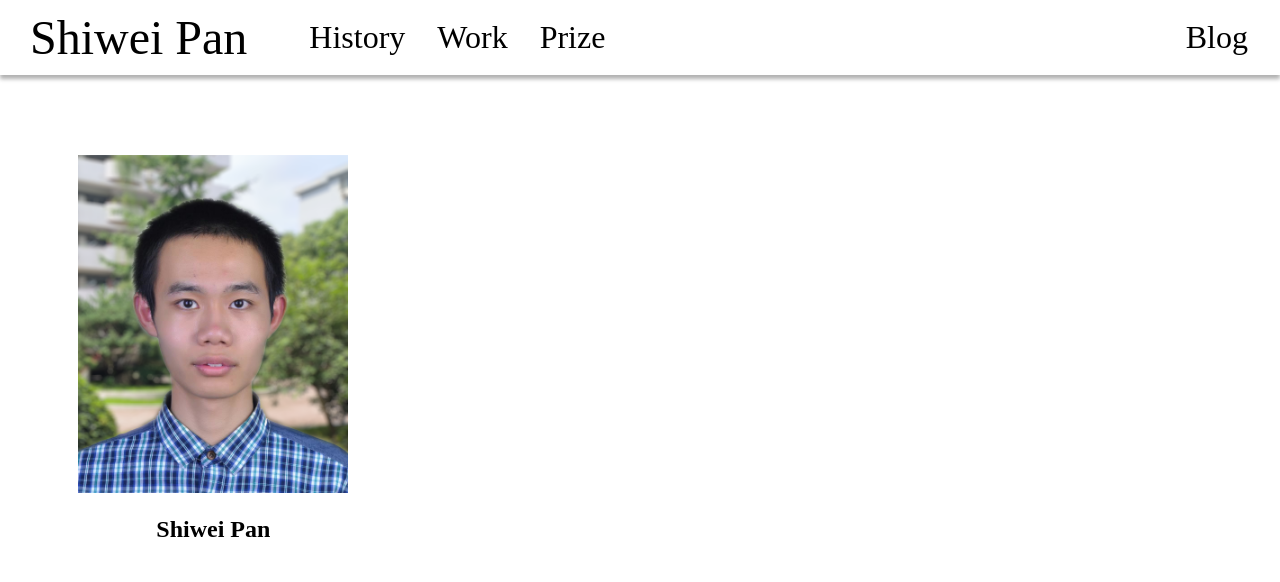
Repository: erikpsw/web
Page: new/psw.html
These files come from the project's save history. The page is drawn as it stood at one moment and after the next save; the edit follows.
The browser window is 1280 px wide. The pictures show the whole page.
Some web fonts or font styles are not loaded; a fallback is used.

Above is the page before, as saved 2022-06-16 22:10:56.

### new/psw.html
<!DOCTYPE html>
<html>
<head>
<meta charset="utf-8">
<title>Shiwei Pan</title>
<link rel="stylesheet" type="text/css" href="styles.css">
</head>
<body class="body">
<nav id="start_box">
    <a class="nav" id="title" href="">Shiwei Pan</a>
    <a class="nav" href="" >History</a>
    <a class="nav" href="">Work</a>
    <a class="nav" href="">Prize</a>
    <a class="nav" id="myblog" target="_blank" href="https://erikpsw.github.io/">Blog</a>
</nav>
<section>
    <div id="profile">
        <img src="\pic\mine.png" id="mine">
        <h2 id="intro">Shiwei Pan</h2>
    </div>
</section>
</body>
</html>

### new/styles.css
@font-face{
    font-family: montserrat;
    src: url("\font\Montserrat-Regular.ttf");
}


#start_box
{
    background-color: whit;
    display:flex;
    box-shadow: 0 0.25rem 0.25rem 0 rgb(0 0 0 / 31%);
}

#title{
    text-decoration: none;
    font-family:"Times New Roman",Georgia,Serif;
    font-style:inherit;
    padding:10px 30px 10px;
    color:black;
    font-size: 3em;
}

.nav{
    text-decoration: none;
    font-family:"Times New Roman",Georgia,Serif;
    padding-left:1em;
    color:black;
    display: inline-flex;
    align-items: center;
    font-size: 2em;
}

.body{
    margin: 0%;
}

#myblog{
    margin-left: auto;
    padding-right: 1em;
}

#mine{
    width: 270px;
    height: 337.5px;
}

#profile{
    text-align: center;
    margin-top: 5em;
    max-width: 33.333%;
}

#intro{
    font-family: montserrat;
}

After the next save:
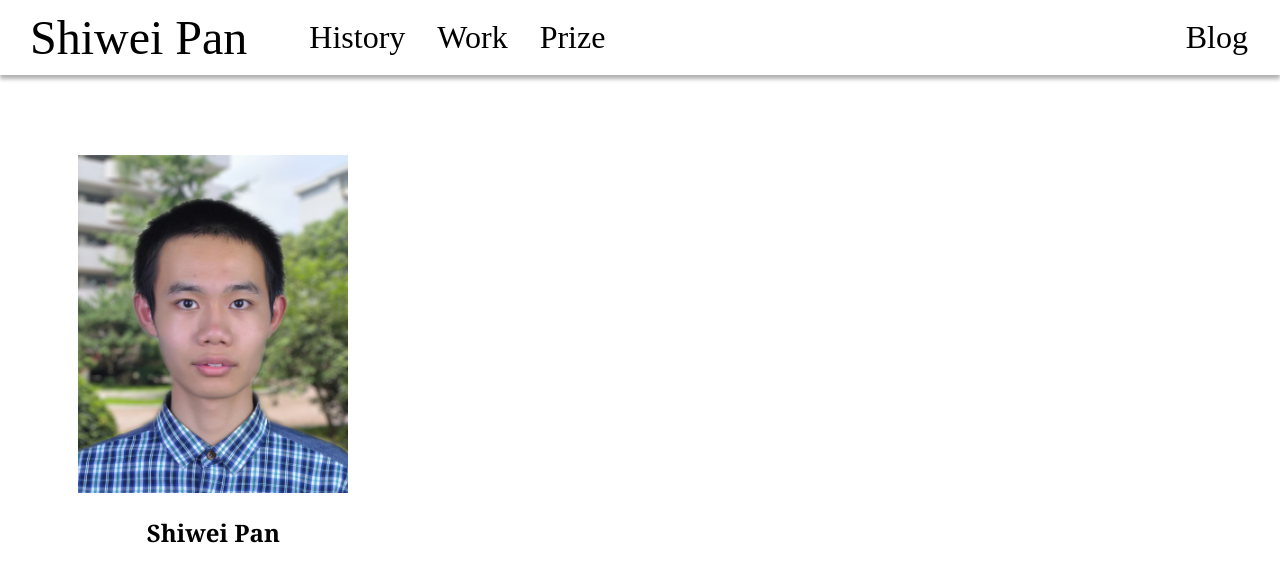
Saved 62 s later.
--- a/new/styles.css
+++ b/new/styles.css
@@ -1,9 +1,3 @@
-@font-face{
-    font-family: montserrat;
-    src: url("\font\Montserrat-Regular.ttf");
-}
-
-
 #start_box
 {
     background-color: whit;
@@ -51,5 +45,5 @@
 }
 
 #intro{
-    font-family: montserrat;
+    font-family: Georgia,Serif;
 }

After the save that followed:
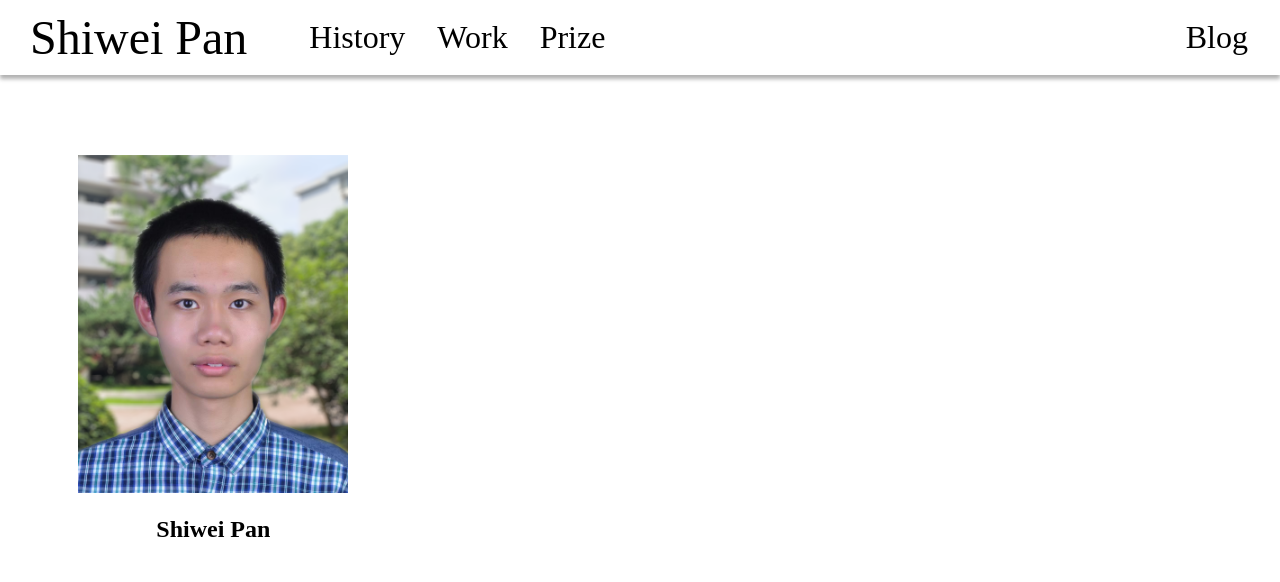
Saved 6 s later.
--- a/new/styles.css
+++ b/new/styles.css
@@ -45,5 +45,5 @@
 }
 
 #intro{
-    font-family: Georgia,Serif;
+    font-family: Georgia Serif;
 }
